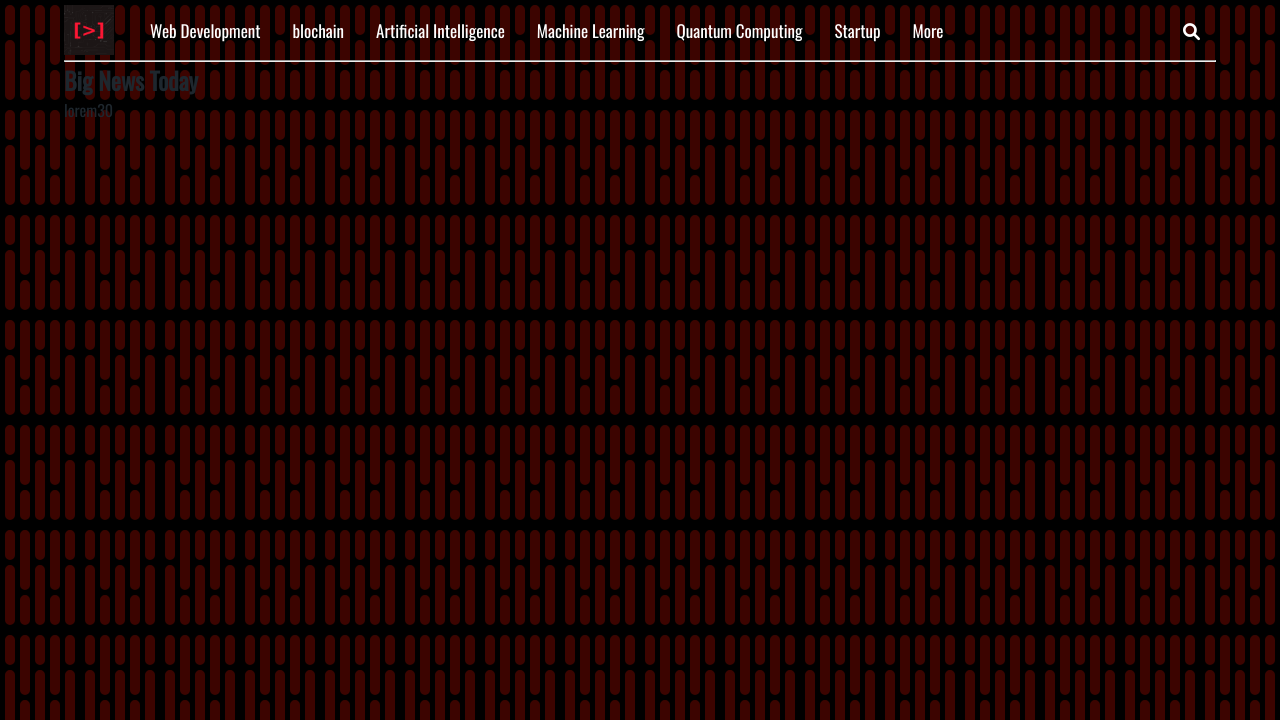
Repository: NickArregoces/News_Web
Page: index.html
The author's editor kept a copy of each file at every save. The page is drawn from the files as they stood at one save, then again after the next save.
The browser window is 1280 px wide. The pictures show the whole page.

Above is the page before, as saved 2021-12-20 20:21:38.

### index.html
<!DOCTYPE html>
<html lang="en">
<head>
    <meta charset="UTF-8">
    <meta http-equiv="X-UA-Compatible" content="IE=edge">
    <meta name="viewport" content="width=device-width, initial-scale=1.0">
    <title>TechNews</title>
    <!--FONT AWESOME-->
    <link rel="stylesheet" href="https://cdnjs.cloudflare.com/ajax/libs/font-awesome/6.0.0-beta3/css/all.min.css">

    <link rel="stylesheet" href="style.Css">
    <!--Oswald FONTS-->
    <link rel="preconnect" href="https://fonts.googleapis.com">
<link rel="preconnect" href="https://fonts.gstatic.com" crossorigin>
<link href="https://fonts.googleapis.com/css2?family=Oswald:wght@200;300;400&display=swap" rel="stylesheet">
</head>
<body>

    <div class="container">

        <nav class ="nav-main">
            <img src="img/brand.png" alt="" class="nav-brand">

            <ul class="nav-menu">
                <li>
                    <a href="#">Web Development</a>
                </li>
                <li>
                    <a href="#">blochain</a>
                </li>
                <li>
                    <a href="#">Artificial Intelligence</a>
                </li>
                <li>
                    <a href="#">Machine Learning</a>
                </li>
                <li>
                    <a href="#">Quantum Computing</a>
                </li>
                <li>
                    <a href="#">Startup</a>
                </li>
                <li>
                    <a href="#">More</a>
                </li>
            </ul>
            <ul class="nav-menu-right">
                <li>
                    <a href="">
                        <i class="fas fa-search"></i>
                    </a>
                </li>
            </ul>
        </nav>
        <hr> <!--Crea una linea -->


        <!--Showcase=Imagen pricnipal-->
        <header class="showcase">
            <h2>Big News Today</h2>
            <p>lorem30</p>
        </header>



    </div>


</body>
</html>

### style.Css
*{
    box-sizing: border-box;
    margin: 0;
    padding: 0;
}

body{
    background:#000000;
    color:#ffff;
    background-color: #000000;
    background-image: url("data:[embedded picture, 663 characters]");
    color:#1e272e;
    font-size: 16px;
    font-family: 'Oswald', sans-serif;
}

a{
    color: #ffff;
    text-decoration: none;
}

ul{
    list-style: none;
}
.container{
    width: 90%;/*responsive*/
    margin: auto;
}
/*Navigation*/
.nav-main{
    font-size: 17px;
    display: flex;/*Elememnto al lado de otro*/
    justify-content: space-between;
    align-items: center;
    height: 60px;
    padding: 20px 0px;
}
.nav-brand{
    width: 50px;
}

/*Nav Left*/
.nav-main ul{
    display:flex;
}

.nav-main ul li{
    padding: 10px;
}

.nav-main ul li a{
    padding: 6px;
}

.nav-main ul li a:hover {
    border-bottom: 2px solid #ffffff;
}
.nav-main ul.nav-menu{
    flex:1;
    margin-left: 20px;
}

After the next save:
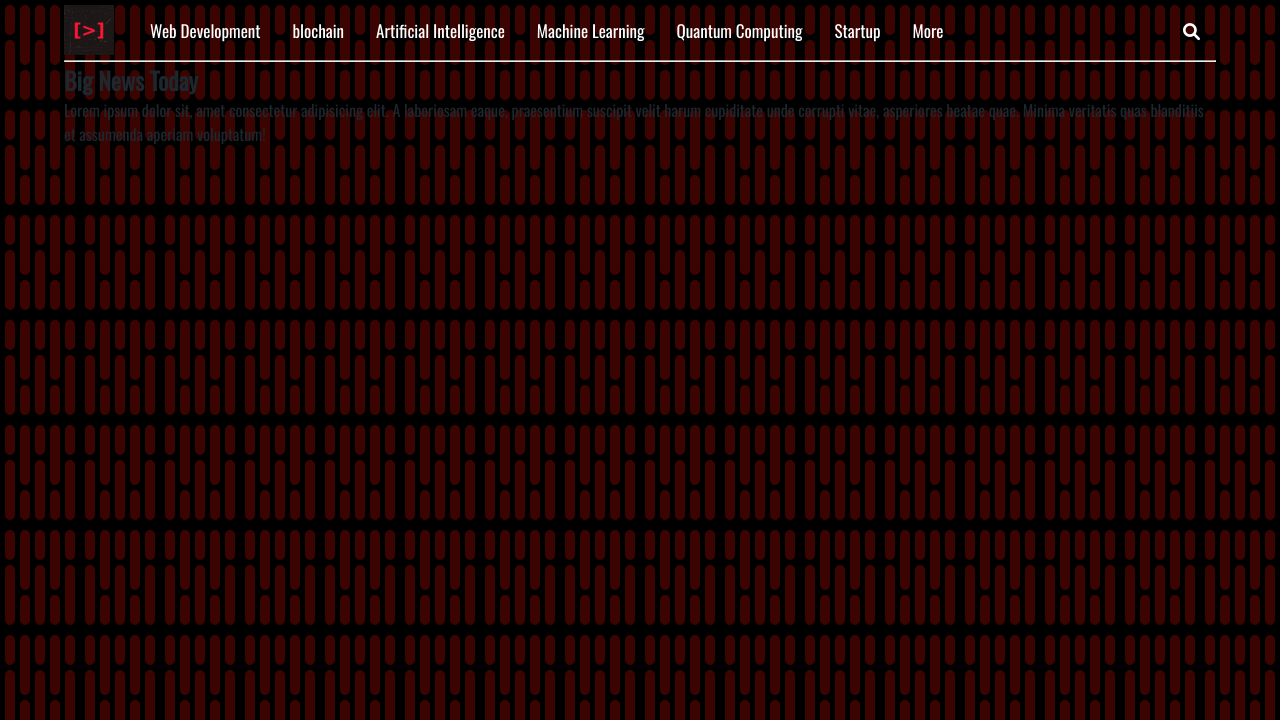
Saved 6 s later.
--- a/index.html
+++ b/index.html
@@ -58,7 +58,7 @@
         <!--Showcase=Imagen pricnipal-->
         <header class="showcase">
             <h2>Big News Today</h2>
-            <p>lorem30</p>
+            <p>Lorem ipsum dolor sit, amet consectetur adipisicing elit. A laboriosam eaque, praesentium suscipit velit harum cupiditate unde corrupti vitae, asperiores beatae quae. Minima veritatis quas blanditiis et assumenda aperiam voluptatum!</p>
         </header>
 
 
